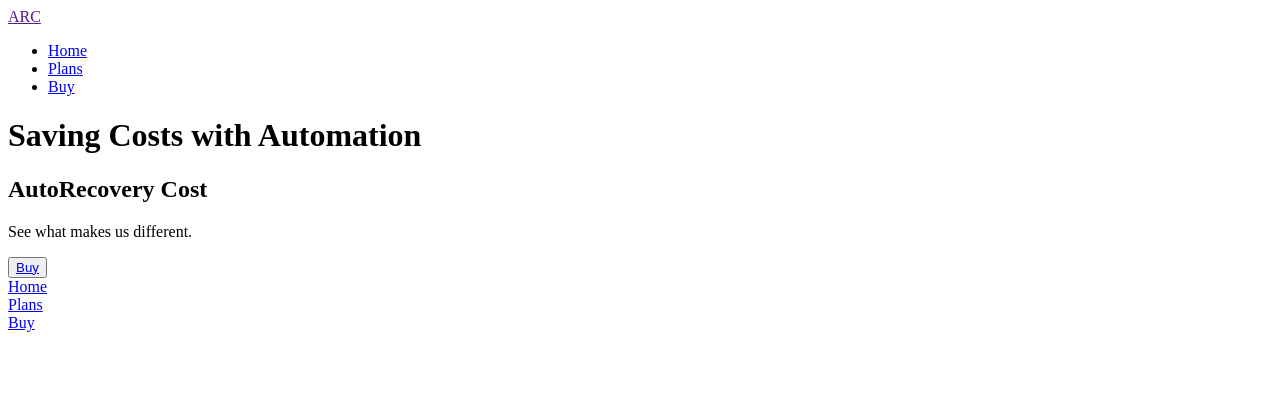
Repository: batmikun/Courses
Page: Front-End/SPA NATIVE JS/src/index.html
An editor plug-in stored every save of this project. The page is shown before and after the next save, followed by the edit.
The browser window is 1280 px wide. The pictures show the whole page.

Above is the page before, as saved 2021-11-21 16:52:22.

After the next save:
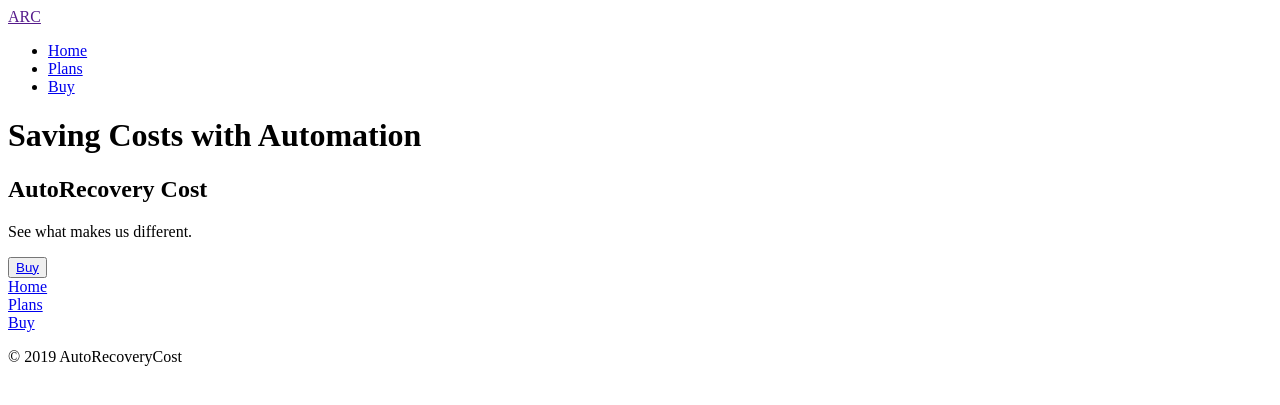
Saved 12 s later.
--- a/Front-End/SPA NATIVE JS/src/index.html
+++ b/Front-End/SPA NATIVE JS/src/index.html
@@ -60,6 +60,7 @@
                     </div>
                 </div>
                 <div class="footer_row__2">
+                    <p>&copy; 2019 AutoRecoveryCost</p>
                 </div>
             </div>
         </footer>
